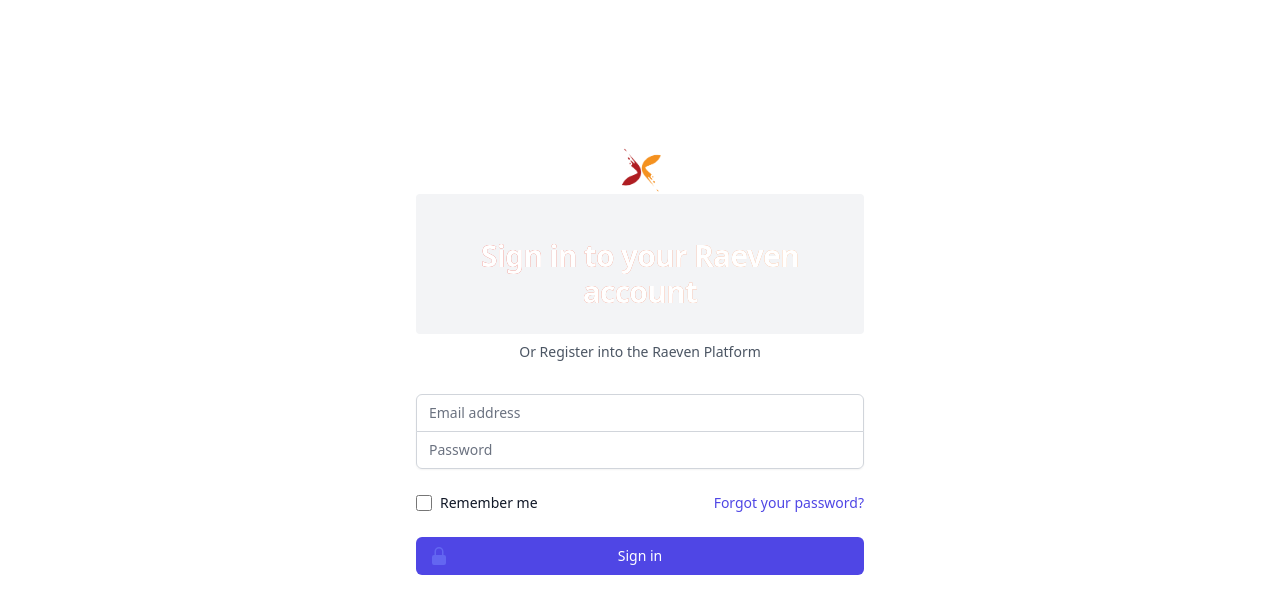
Repository: Curiosityxploring/raeven-site
Page: /login
The author's editor kept a copy of each file at every save. The page is drawn from the files as they stood at one save, then again after the next save.
The browser window is 1280 px wide. The pictures show the whole page.
The project was rebuilt for these pictures with package versions that can differ from the ones it lists, and the page was loaded fresh each time. The framework's server and built-in components were replaced by stand-ins that run in the browser. Also part of the build but not shown: next.config.js.

Above is the page before, as saved 2023-01-12 15:32:09.

After the next save:
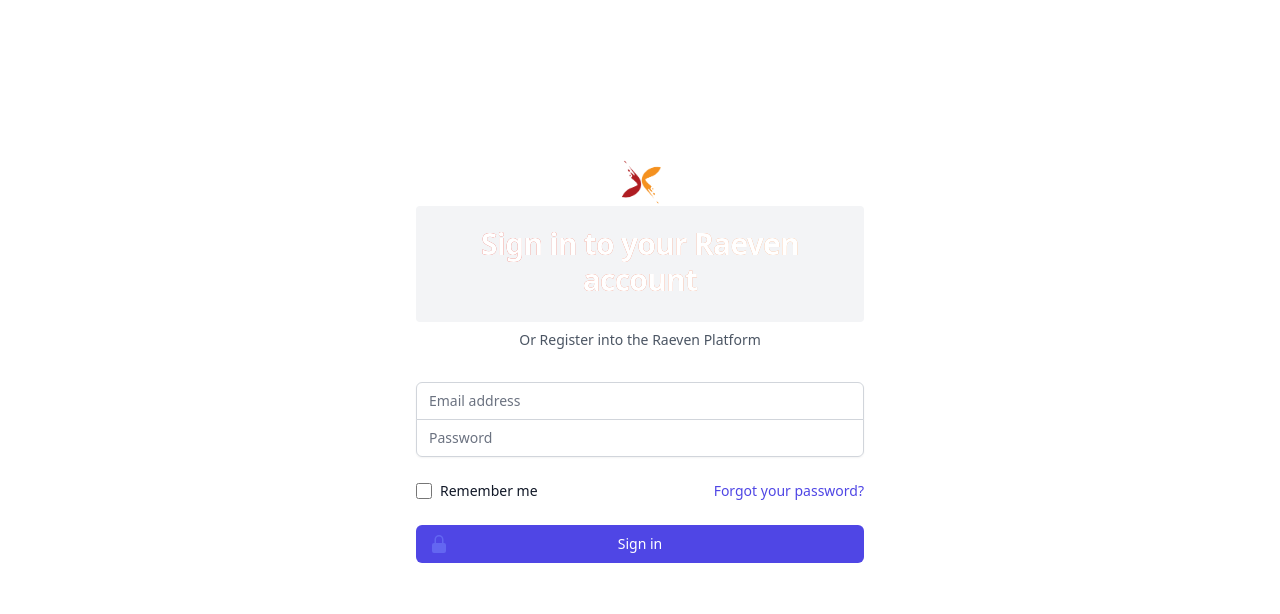
Saved 13 s later.
--- a/pages/login.jsx
+++ b/pages/login.jsx
@@ -21,7 +21,7 @@
               alt="Your Company"
             />
             <div className="px-2 py-3 rounded bg-gray-100">
-              <h2 className="mt-6 text-center text-3xl font-bold tracking-tight text-white px-1 py-2 rounded-xl bg-gradient-to-r from-red-600 to-orange-300 bg-clip-text pb-3 text-transparent">
+              <h2 className=" text-center text-3xl font-bold tracking-tight text-white px-1 py-2 rounded-xl bg-gradient-to-r from-red-600 to-orange-300 bg-clip-text pb-3 text-transparent">
                 Sign in to your Raeven account
               </h2>
             </div>
